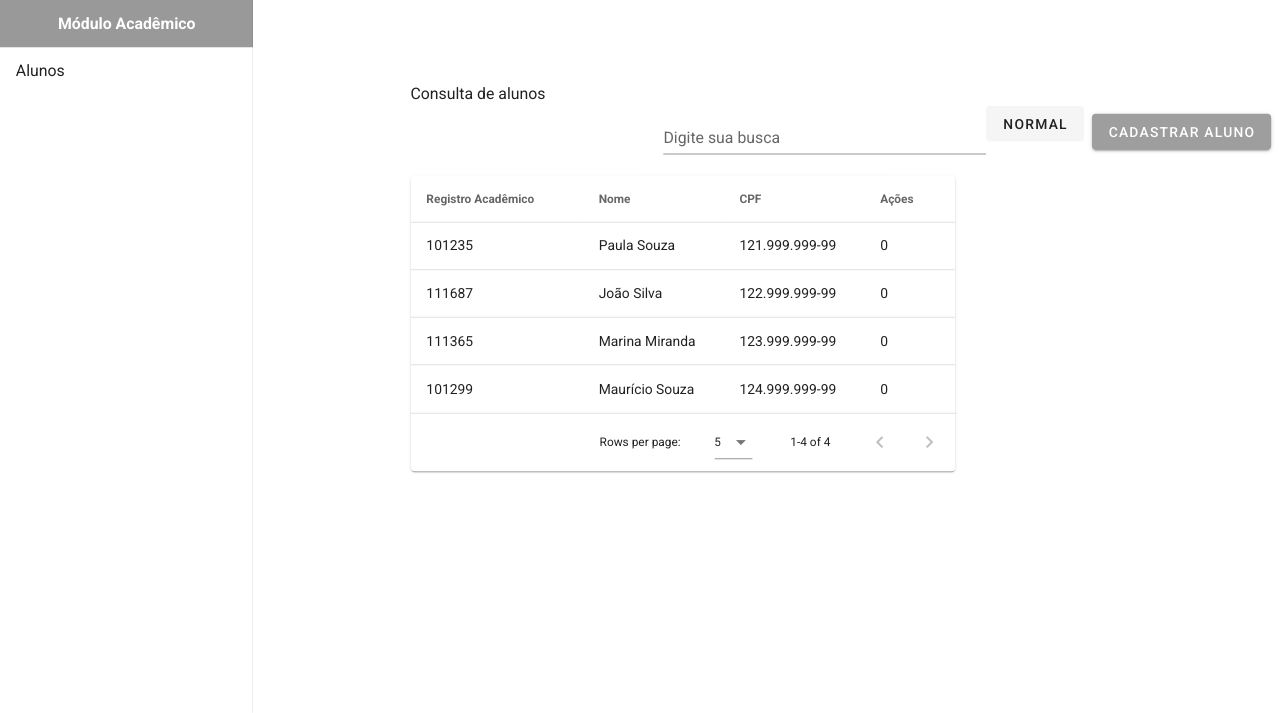
Repository: sergiohidekiono/vue-student
Page: /
The author's editor kept a copy of each file at every save. The page is drawn from the files as they stood at one save, then again after the next save.
The browser window is 1280 px wide. The page is 1292 px wide, then 1280 px, so the pictures cover 1292 px, including what lies to the right of the window. The pictures show the whole page, at 99% of full size.
The project was rebuilt for these pictures with package versions that can differ from the ones it lists, and the page was loaded fresh each time. Also part of the build but not shown: vue.config.js.

Above is the page before, as saved 2024-08-07 10:18:56.

### src/App.vue
<template>
  <v-app>
    <v-main class="wrapper">
      <StudentList class="wrapper" />
    </v-main>
  </v-app>
</template>

<script>
import StudentList from './components/student-list';

export default {
  name: 'App',

  components: {
    StudentList,
  },

  data: () => ({
    //
  }),
};
</script>

<style>
.wrapper {
  width: 100vw;
  height: 100vh;
  margin: 0;
}
</style>

### src/components/student-list.vue
<template>
    <v-container>
        <v-row cols="12">
            <div class="d-flex align-start">
                <v-img :src="require('../assets/logo.png')" class="my-3" />
            </div>
        </v-row>
        <v-row cols="12">
            <v-col cols="2">
                <v-navigation-drawer v-model="drawer" app clipped :permanent="false">
                    <v-list>
                        <v-list-item>
                            <v-list-item-content class="header-table" style="padding: 0 !important;">
                                <v-list-item-title style="padding: 0; margin: 0;">
                                    <h4 class="d-flex justify-center">Módulo Acadêmico</h4>
                                </v-list-item-title>
                            </v-list-item-content>
                        </v-list-item>
                        <v-list-item link>
                            <v-list-item-content style="padding: 0;">
                                <v-list-item-title class="ml-4">Alunos</v-list-item-title>
                            </v-list-item-content>
                        </v-list-item>
                    </v-list>
                </v-navigation-drawer>
            </v-col>
            <v-col cols="10">
                <v-row cols="12" justify="center">
                    <v-row>
                        <span>Consulta de alunos</span>
                    </v-row>
                    <v-row>
                        <v-text-field label="Digite sua busca"></v-text-field>
                        <v-btn depressed> Normal </v-btn>
                        <v-btn :loading="loading3" :disabled="loading3" color="grey" class="ma-2 white--text"
                            @click="loader = 'loading3'"> Cadastrar Aluno </v-btn>
                    </v-row>
                    <v-row>
                        <template>
                            <v-data-table :headers="headers" :items="desserts" :items-per-page="5"
                                class="elevation-1"></v-data-table>
                        </template>
                    </v-row>
                </v-row>
            </v-col>
        </v-row>
    </v-container>
</template>

<script>

export default {
    name: 'StudentList',
    data() {
        return {
            headers: [
                { text: 'Registro Acadêmico', value: 'register', },
                { text: 'Nome', value: 'name' },
                { text: 'CPF', value: 'document' },
                { text: 'Ações', value: 'action' }
            ],
            desserts: [
                {
                    register: 101235,
                    name: 'Paula Souza',
                    document: '121.999.999-99',
                    action: 0,
                },
                {
                    register: 111687,
                    name: 'João Silva',
                    document: '122.999.999-99',
                    action: 0,
                },
                {
                    register: 111365,
                    name: 'Marina Miranda',
                    document: '123.999.999-99',
                    action: 0,
                },
                {
                    register: 101299,
                    name: 'Maurício Souza',
                    document: '124.999.999-99',
                    action: 0,
                },

            ],
        }
    }
}

</script>

<style scoped>
.v-list-item.theme--light .header-table {
    color: white;
    padding: 0 !important;
}

.v-list-item.theme--light {
    padding: 0 !important;
    background: #999999;
}

.v-list.v-sheet.theme--light {
    padding: 0 !important;
}

.v-list-item.v-list-item--link.theme--light {
    background: white;
}
</style>

Loaded but not shown: public/index.html (common file); src/main.js (common file); src/plugins/vuetify.js (common file)

After the next save:
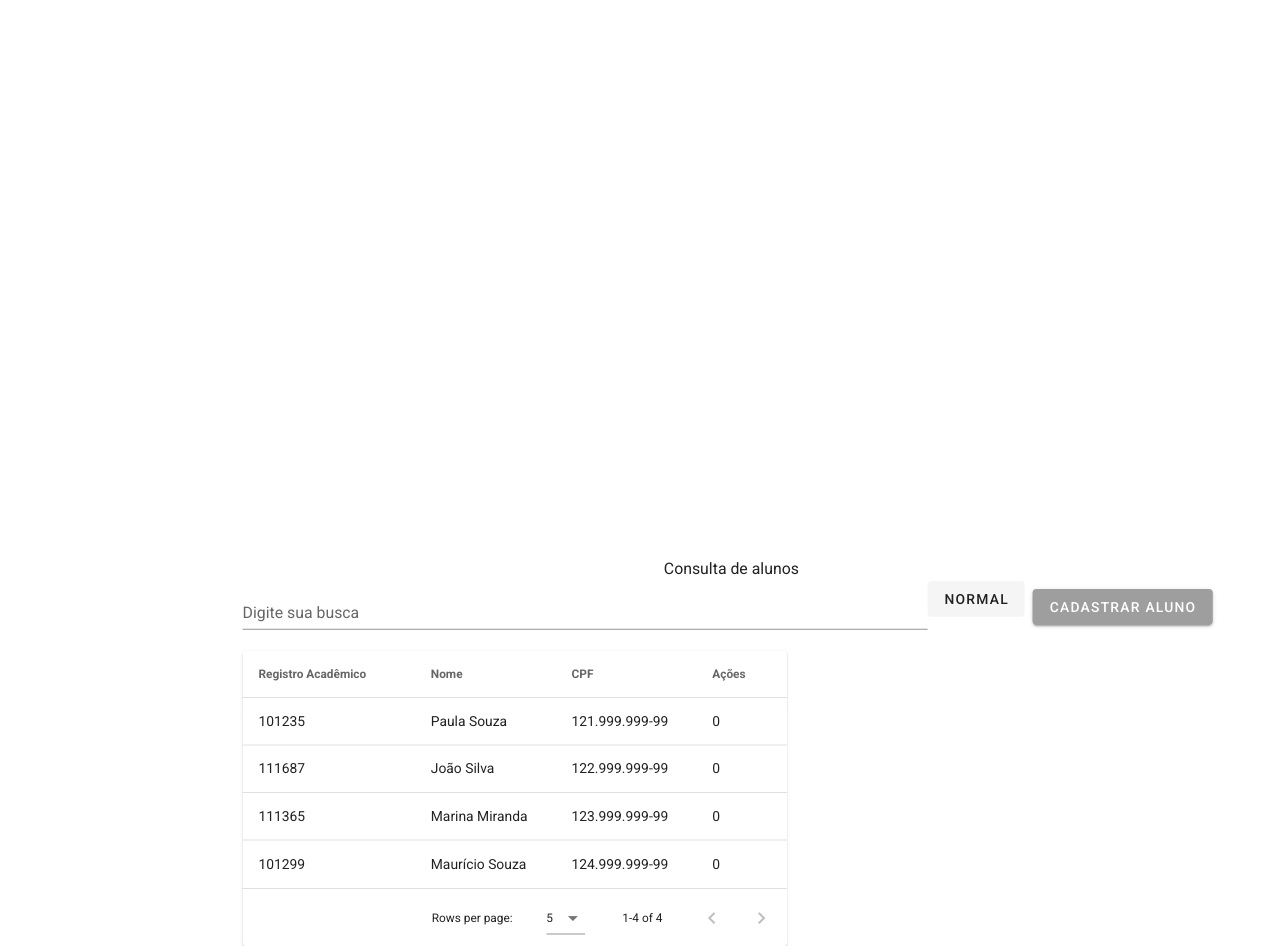
Saved 83 s later.
--- a/src/components/student-list.vue
+++ b/src/components/student-list.vue
@@ -1,32 +1,40 @@
 <template>
-    <v-container>
-        <v-row cols="12">
-            <div class="d-flex align-start">
-                <v-img :src="require('../assets/logo.png')" class="my-3" />
-            </div>
-        </v-row>
-        <v-row cols="12">
-            <v-col cols="2">
-                <v-navigation-drawer v-model="drawer" app clipped :permanent="false">
-                    <v-list>
-                        <v-list-item>
-                            <v-list-item-content class="header-table" style="padding: 0 !important;">
-                                <v-list-item-title style="padding: 0; margin: 0;">
-                                    <h4 class="d-flex justify-center">Módulo Acadêmico</h4>
-                                </v-list-item-title>
-                            </v-list-item-content>
-                        </v-list-item>
-                        <v-list-item link>
-                            <v-list-item-content style="padding: 0;">
-                                <v-list-item-title class="ml-4">Alunos</v-list-item-title>
-                            </v-list-item-content>
-                        </v-list-item>
-                    </v-list>
-                </v-navigation-drawer>
-            </v-col>
-            <v-col cols="10">
-                <v-row cols="12" justify="center">
-                    <v-row>
+    <v-app>
+        <!-- Coloque o v-navigation-drawer fora do grid para garantir que ele não interfira -->
+        <v-navigation-drawer v-model="drawer" app clipped :permanent="false">
+            <v-list>
+                <v-list-item>
+                    <v-list-item-content class="header-table" style="padding: 0 !important;">
+                        <v-list-item-title style="padding: 0; margin: 0;">
+                            <h4 class="d-flex justify-center">Módulo Acadêmico</h4>
+                        </v-list-item-title>
+                    </v-list-item-content>
+                </v-list-item>
+                <v-list-item link>
+                    <v-list-item-content style="padding: 0;">
+                        <v-list-item-title class="ml-4">Alunos</v-list-item-title>
+                    </v-list-item-content>
+                </v-list-item>
+            </v-list>
+        </v-navigation-drawer>
+
+        <v-container>
+            <!-- Imagem posicionado corretamente fora do fluxo de grid -->
+            <v-row class="ma-0">
+                <v-col cols="12" class="pa-0">
+                    <div class="d-flex align-start">
+                        <v-img :src="require('../assets/logo.png')" class="my-3" />
+                    </div>
+                </v-col>
+            </v-row>
+
+            <!-- Conteúdo principal -->
+            <v-row>
+                <v-col cols="2">
+                    <!-- Menu lateral já posicionado fora do grid -->
+                </v-col>
+                <v-col cols="10">
+                    <v-row class="d-flex justify-center">
                         <span>Consulta de alunos</span>
                     </v-row>
                     <v-row>
@@ -36,64 +44,41 @@
                             @click="loader = 'loading3'"> Cadastrar Aluno </v-btn>
                     </v-row>
                     <v-row>
-                        <template>
-                            <v-data-table :headers="headers" :items="desserts" :items-per-page="5"
-                                class="elevation-1"></v-data-table>
-                        </template>
+                        <v-data-table :headers="headers" :items="desserts" :items-per-page="5"
+                            class="elevation-1"></v-data-table>
                     </v-row>
-                </v-row>
-            </v-col>
-        </v-row>
-    </v-container>
+                </v-col>
+            </v-row>
+        </v-container>
+    </v-app>
 </template>
 
 <script>
-
 export default {
     name: 'StudentList',
     data() {
         return {
+            drawer: false,
             headers: [
-                { text: 'Registro Acadêmico', value: 'register', },
+                { text: 'Registro Acadêmico', value: 'register' },
                 { text: 'Nome', value: 'name' },
                 { text: 'CPF', value: 'document' },
                 { text: 'Ações', value: 'action' }
             ],
             desserts: [
-                {
-                    register: 101235,
-                    name: 'Paula Souza',
-                    document: '121.999.999-99',
-                    action: 0,
-                },
-                {
-                    register: 111687,
-                    name: 'João Silva',
-                    document: '122.999.999-99',
-                    action: 0,
-                },
-                {
-                    register: 111365,
-                    name: 'Marina Miranda',
-                    document: '123.999.999-99',
-                    action: 0,
-                },
-                {
-                    register: 101299,
-                    name: 'Maurício Souza',
-                    document: '124.999.999-99',
-                    action: 0,
-                },
-
+                { register: 101235, name: 'Paula Souza', document: '121.999.999-99', action: 0 },
+                { register: 111687, name: 'João Silva', document: '122.999.999-99', action: 0 },
+                { register: 111365, name: 'Marina Miranda', document: '123.999.999-99', action: 0 },
+                { register: 101299, name: 'Maurício Souza', document: '124.999.999-99', action: 0 },
             ],
-        }
+            loading3: false,
+        };
     }
-}
-
+};
 </script>
 
 <style scoped>
-.v-list-item.theme--light .header-table {
+.header-table {
     color: white;
     padding: 0 !important;
 }
@@ -103,11 +88,12 @@ export default {
     background: #999999;
 }
 
-.v-list.v-sheet.theme--light {
-    padding: 0 !important;
-}
-
 .v-list-item.v-list-item--link.theme--light {
     background: white;
 }
+
+.v-navigation-drawer {
+    z-index: 1;
+    /* Garanta que o menu lateral tenha um z-index superior para não sobrepor outros elementos */
+}
 </style>
